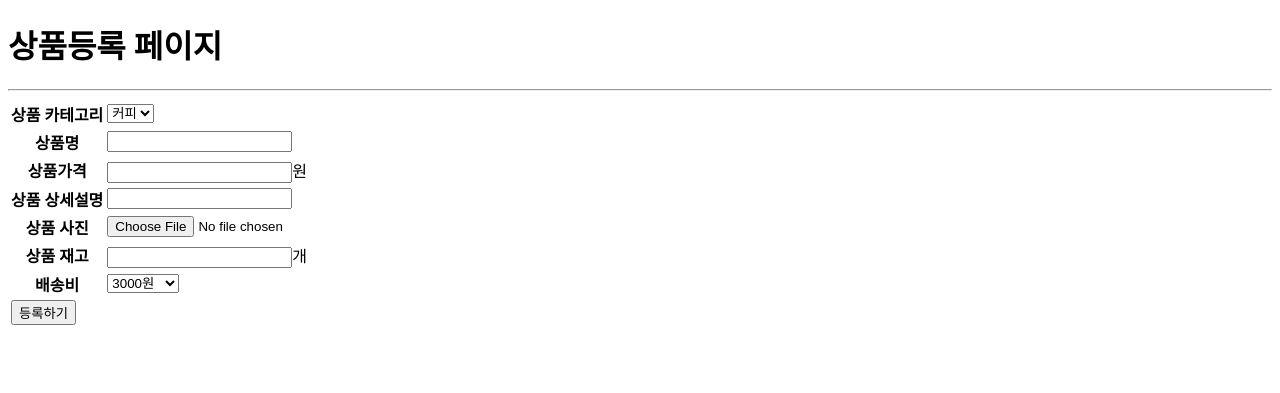
Repository: HJK0000/shoppingMallPrj
Page: http://localhost/shoppingMall/WEB-INF/views/admin/productRegistForm.jsp
An editor plug-in stored every save of this project. The page is shown before and after the next save, followed by the edit.
The browser window is 1280 px wide. The pictures show the whole page.
The page is served by Tomcat 10. Nobody is signed in. Other server files are loaded and not shown. The template is opened directly, without the code that normally fills it, so the values that code supplies are empty.

Above is the page before, as saved 2024-05-29 06:44:44.

### shoppingMall/src/main/webapp/WEB-INF/views/admin/productRegistForm.jsp
<%@ page language="java" contentType="text/html; charset=UTF-8"
	pageEncoding="UTF-8"%>
<%@ taglib prefix="c" uri="http://java.sun.com/jsp/jstl/core"%>
<!DOCTYPE html>
<html lang="en">
<head>
<meta charset="UTF-8">
<meta name="viewport" content="width=device-width, initial-scale=1.0">
<title>상품등록 페이지</title>
<script src="https://code.jquery.com/jquery-3.7.1.js"
	integrity="sha256-eKhayi8LEQwp4NKxN+CfCh+3qOVUtJn3QNZ0TciWLP4="
	crossorigin="anonymous"></script>
<style>
</style>
</head>
<body>
	<h1>상품등록 페이지</h1>
	<hr>

	<form action="/admin/regist" name="frm" method="post" enctype="multipart/form-data">
		<table board="1">
			<tr>
				<th>상품 카테고리</th>
				<td><select id="sortOptions" name="pcategory"><option value="커피" >커피</option></select></td>
			</tr>
			<tr>
				<th>상품명</th>
				<td><input type="text" name="pname" required="required"></td>
			</tr>
			<tr>
				<th>상품가격</th>
				<td><input type="text" name="pprice" required="required">원</td>
			</tr>
			<tr>
				<th>상품 상세설명</th>
				<td><input type="text" name="pinfo" required="required"></td>
			</tr>
			<tr>
				<th>상품 사진</th>
				<td><input type="file" name="file"></td>
			</tr>
			<tr>
				<th>상품 재고</th>
				<td><input type="text" name="ptotalcount" required="required">개</td>
			</tr>
			<tr>
				<th>배송비</th>
				<td><select id="sortOptions" name="pdelievery"><option value="3000원">3000원</option>
						<option value="무료배송">무료배송</option></select></td>
			</tr>
			<tr>
				<td><input type="submit" value="등록하기" onclick="submitForm()" /></td>
			</tr>
		</table>
	</form>
	<div id="demo"></div>
<!-- 	<script>
		function submitForm() {
			alert("submit....");
			var form = document.forms['frm'];
			var formData = new FormData(form);

			$.ajax({

				type : "post",
				enctype : "multipart/form-data",
				url : '/admin/regist',
				data : formData,
				dataType : 'json',
				processData : false,
				contentType : false,
				cache : false,
				success : function(data) {

					console.log("success : ", data);

				},
				error : function(e) {

					console.log("error : ", e);

				}

			});
		}
	</script>  -->
</body>
</html>

After the next save:
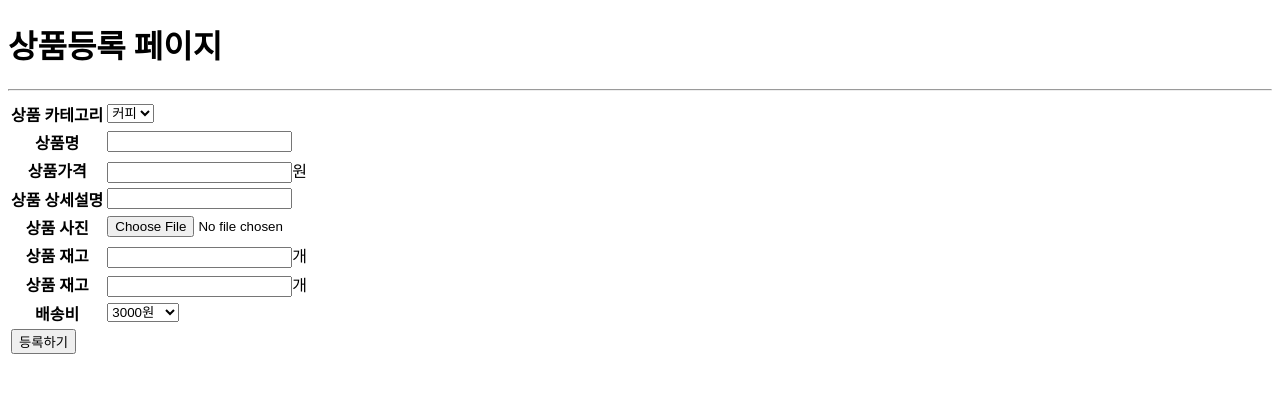
Saved 100 s later.
--- a/shoppingMall/src/main/webapp/WEB-INF/views/admin/productRegistForm.jsp
+++ b/shoppingMall/src/main/webapp/WEB-INF/views/admin/productRegistForm.jsp
@@ -17,11 +17,13 @@
 	<h1>상품등록 페이지</h1>
 	<hr>
 
-	<form action="/admin/regist" name="frm" method="post" enctype="multipart/form-data">
+	<form action="/admin/regist" name="frm" method="post"
+		enctype="multipart/form-data">
 		<table board="1">
 			<tr>
 				<th>상품 카테고리</th>
-				<td><select id="sortOptions" name="pcategory"><option value="커피" >커피</option></select></td>
+				<td><select id="sortOptions" name="pcategory"><option
+							value="커피">커피</option></select></td>
 			</tr>
 			<tr>
 				<th>상품명</th>
@@ -44,8 +46,13 @@
 				<td><input type="text" name="ptotalcount" required="required">개</td>
 			</tr>
 			<tr>
+				<th>상품 재고</th>
+				<td><input type="text" name="ptotalcount" required="required">개</td>
+			</tr>
+			<tr>
 				<th>배송비</th>
-				<td><select id="sortOptions" name="pdelievery"><option value="3000원">3000원</option>
+				<td><select id="sortOptions" name="pdelievery"><option
+							value="3000원">3000원</option>
 						<option value="무료배송">무료배송</option></select></td>
 			</tr>
 			<tr>
@@ -54,7 +61,7 @@
 		</table>
 	</form>
 	<div id="demo"></div>
-<!-- 	<script>
+	<!-- 	<script>
 		function submitForm() {
 			alert("submit....");
 			var form = document.forms['frm'];
